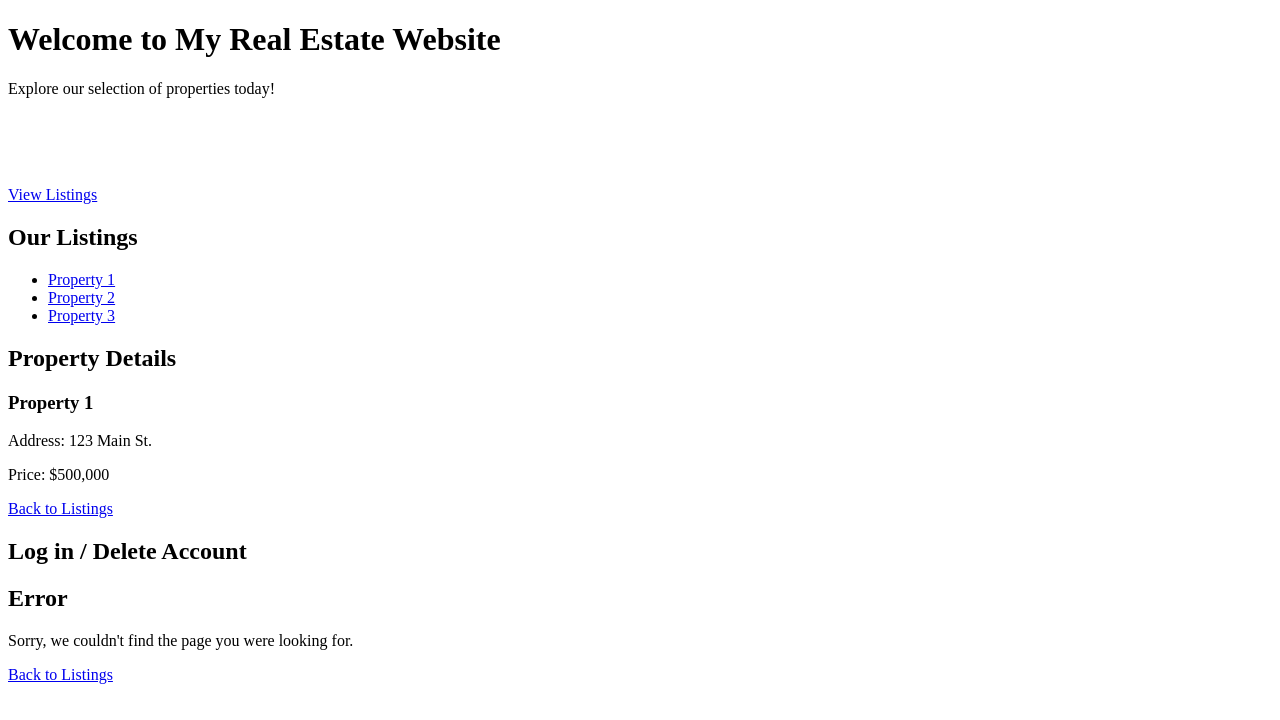
Repository: MrFelemban/RealEstate_Web-cis2625
Page: RealEstateWebsite/index.html
The author's editor kept a record of every edit. The page is drawn from the files as they stood at one moment, then again after the next edit.
The browser window is 1280 px wide. The pictures show the whole page.

Above is the page before.

After the next edit:
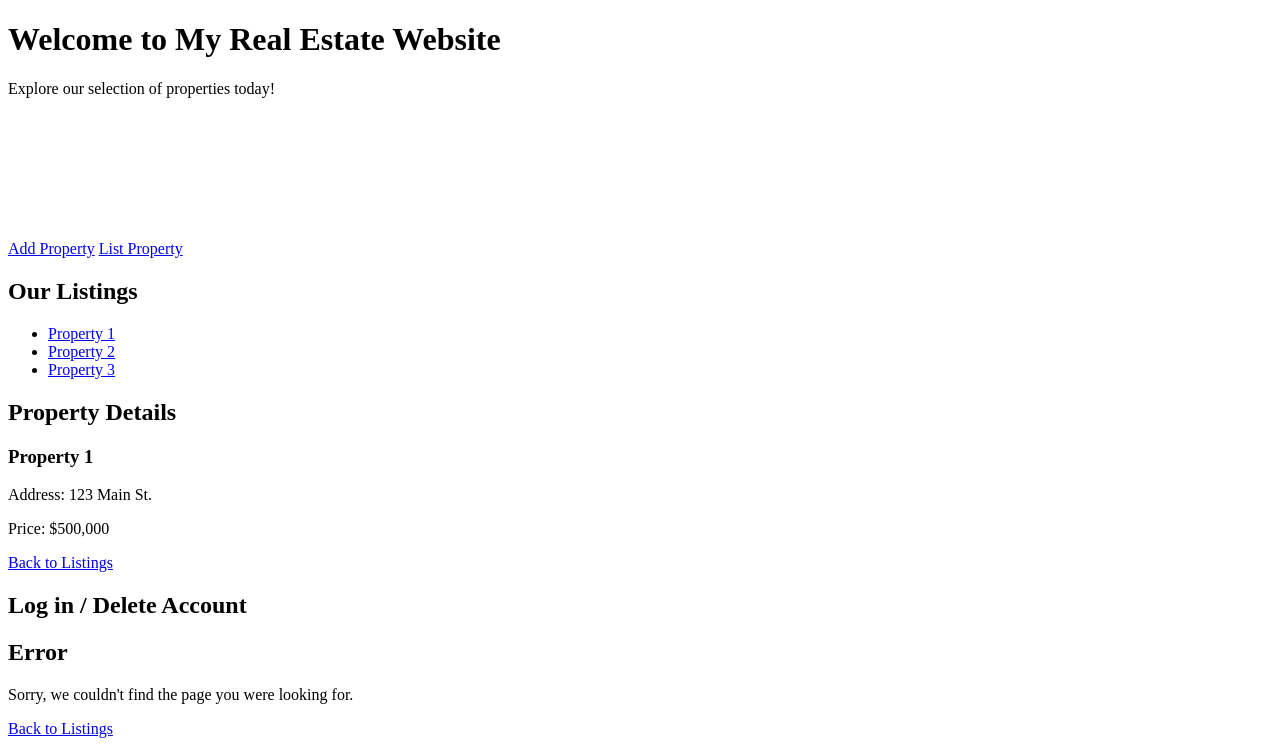
The edit:
--- a/RealEstateWebsite/index.html
+++ b/RealEstateWebsite/index.html
@@ -11,10 +11,13 @@
 	</br>
 	</br>
 	</br>
+	</br>
+	</br>
+	</br>
+	<a href="NewProperty.html">Add Property</a>
+	<a href="PropertyListing.html"> List Property</a>
 
 
-
-	<a href="listing.html">View Listings</a>
 
 	<!-- Listing page -->
 	<h2>Our Listings</h2>
